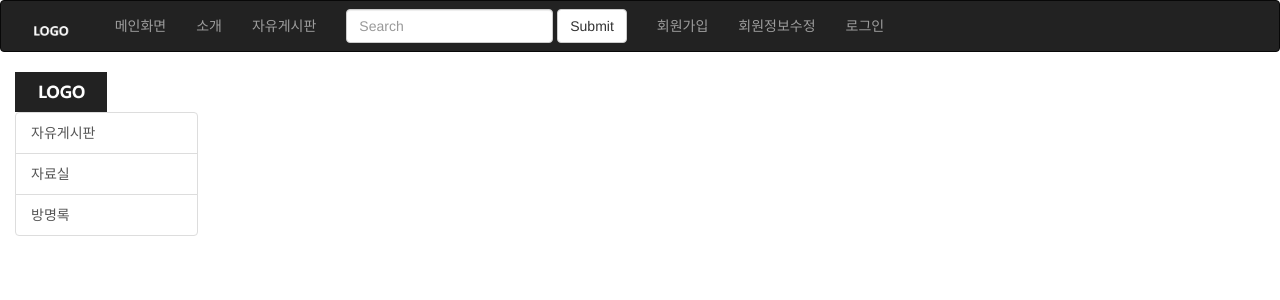
Repository: bhj305/JSP_Bulletin_Board
Page: http://localhost/BulletinBoard/14MVCBoard/Default.jsp
These files come from the project's save history. The page is drawn as it stood at one moment and after the next save; the edit follows.
The browser window is 1280 px wide. The pictures show the whole page.
The page is served by Tomcat 10. Other server files are loaded and not shown.

Above is the page before, as saved 2025-05-17 03:55:41.

### BulletinBoard/src/main/webapp/14MVCBoard/Default.jsp
<%@ page language="java" contentType="text/html; charset=UTF-8"
    pageEncoding="UTF-8"%>
<!DOCTYPE html>
<html>
	<head>
		<meta charset="UTF-8">
		<title>메인페이지</title>
	</head>
	<body>
		<jsp:include page="../Common/Link.jsp"></jsp:include>
		<div class="col-sm-2">
            <img src="../images/logo.png" alt="" style="height: 40px;">
            <div class="list-group">
                <a class="list-group-item list-group-item-action " href="#">자유게시판</a><!-- active 생략 -->
                <a class="list-group-item list-group-item-action" href="#" >자료실</a>
                <a class="list-group-item list-group-item-action" href="#">방명록</a>
            </div>
        </div>
	</body>
</html>

### BulletinBoard/src/main/webapp/Common/Link.jsp
<%@ page language="java" contentType="text/html; charset=UTF-8"
    pageEncoding="UTF-8"%>
<!DOCTYPE html>
<html>
	<head>
		<meta charset="UTF-8">
		<title>메인페이지</title>
	<!-- bootstrap  -->
	<link rel="stylesheet" href="https://maxcdn.bootstrapcdn.com/bootstrap/3.4.1/css/bootstrap.min.css">
	      <script src="https://ajax.googleapis.com/ajax/libs/jquery/3.7.1/jquery.min.js"></script>
	      <script src="https://maxcdn.bootstrapcdn.com/bootstrap/3.4.1/js/bootstrap.min.js"></script>
	      <link rel="stylesheet" href="https://cdnjs.cloudflare.com/ajax/libs/font-awesome/4.7.0/css/font-awesome.min.css">
	</head>
	<body>
		<nav class="navbar navbar-inverse">
            <div class="navbar-header">
                <a class="navbar-brand" href="#">
                  <img src="../images/logo.png" alt="" style="height: 30px;">
                </a>
            </div>
            <div class="container">
                <div class="btn-group">
                    <ul class="nav navbar-nav">
                        <li><a href="../14MVCBoard/Default.jsp">메인화면</a></li>

                        <li class="nav-item dropdown">
                            <a class="nav-link dropdown-toggle" href="#" id="navbarDropdownMenuLink" data-toggle="dropdown" aria-haspopup="true" aria-expanded="false">
                            소개
                            </a>
                        <div class="dropdown-menu" aria-labelledby="navbarDropdownMenuLink">
                        <a class="dropdown-item" href="#">인사말</a><br/>
                        <a class="dropdown-item" href="#">강사소개</a><br/>
                        <a class="dropdown-item" href="#">찾아오시는길</a><br/>
                        </div>
                        </li>

                        <li><a href="../mvcboard/list.do">자유게시판</a></li>

                        <form class="navbar-form navbar-left" action="#">
                            <div class="form-group">
                            <input type="text" class="form-control" placeholder="Search" name="search">
                            </div>
                            <button type="submit" class="btn btn-default">Submit</button>
                        </form>
                        <li >
                        <% if(session.getAttribute("UserId") == null) {%>
                            <a href="../00Board/SignUp.jsp">회원가입</a>
                            <% } %>
                        </li>
                        <li><a href="#">
                            회원정보수정</a></li>
                        <li>
                        <% if (session.getAttribute("UserId") == null) { %>
                            <a href="../00Board/LoginForm.jsp">로그인</a>
                        <% } else { %>
                            <a href="../00Board/Logout.jsp">로그아웃</a>
                            <li>
                            <a href="../00Board/MyPage.jsp">마이페이지</a>
                            </li>
                        <% } %>
                        </li>
                    </ul>
                </div>
            </div>
        </nav>
	</body>
</html>

After the next save:
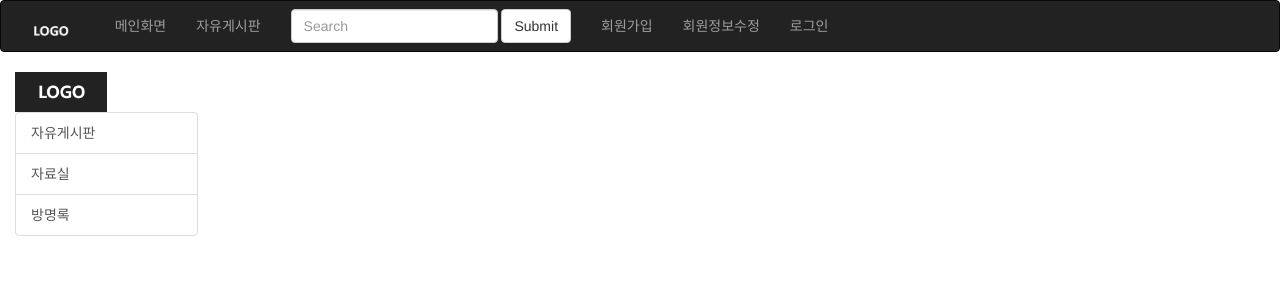
Saved 28 s later.
--- a/BulletinBoard/src/main/webapp/Common/Link.jsp
+++ b/BulletinBoard/src/main/webapp/Common/Link.jsp
@@ -22,18 +22,6 @@
                 <div class="btn-group">
                     <ul class="nav navbar-nav">
                         <li><a href="../14MVCBoard/Default.jsp">메인화면</a></li>
-
-                        <li class="nav-item dropdown">
-                            <a class="nav-link dropdown-toggle" href="#" id="navbarDropdownMenuLink" data-toggle="dropdown" aria-haspopup="true" aria-expanded="false">
-                            소개
-                            </a>
-                        <div class="dropdown-menu" aria-labelledby="navbarDropdownMenuLink">
-                        <a class="dropdown-item" href="#">인사말</a><br/>
-                        <a class="dropdown-item" href="#">강사소개</a><br/>
-                        <a class="dropdown-item" href="#">찾아오시는길</a><br/>
-                        </div>
-                        </li>
-
                         <li><a href="../mvcboard/list.do">자유게시판</a></li>
 
                         <form class="navbar-form navbar-left" action="#">
